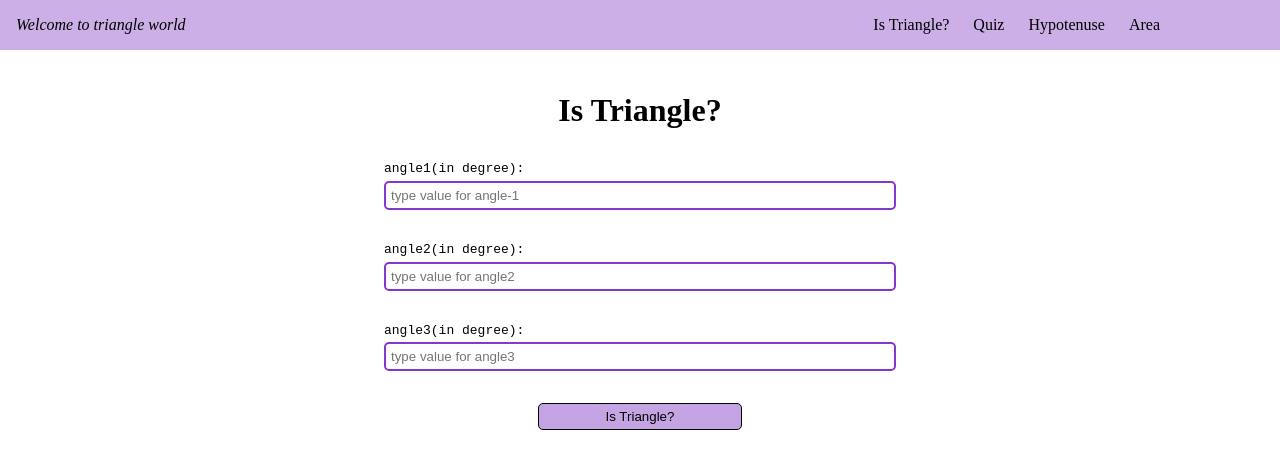
Repository: patelamancode/Fun-with-trianles
Page: index.html
The author's editor kept a copy of each file at every save. The page is drawn from the files as they stood at one save, then again after the next save.
The browser window is 1280 px wide. The pictures show the whole page.

Above is the page before, as saved 2022-11-28 18:22:22.

After the next save:
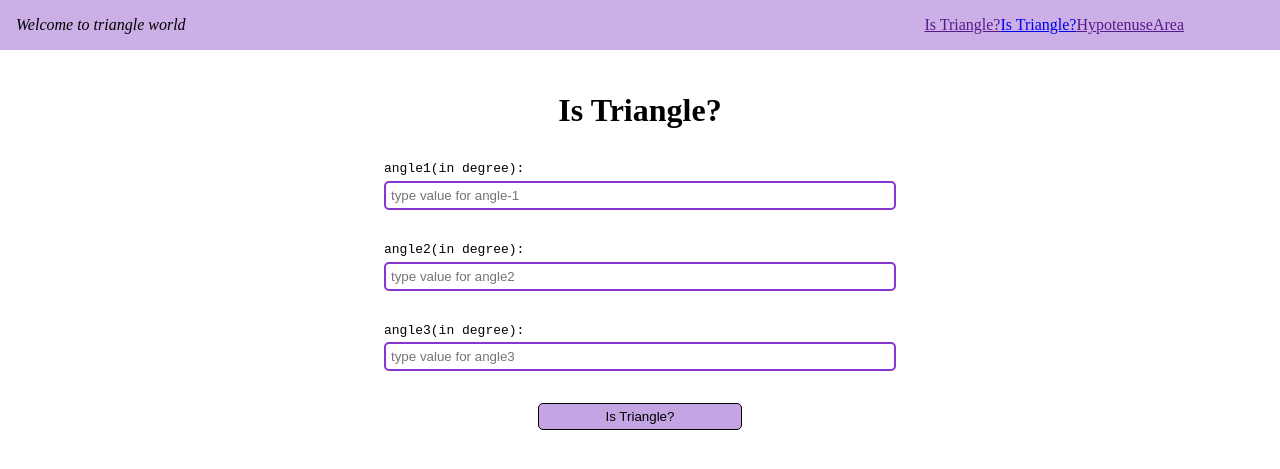
Saved 2 min 36 s later.
--- a/index.html
+++ b/index.html
@@ -13,10 +13,14 @@
     <nav id="navbar">
         <p id="nav-title">Welcome to triangle world</p>
         <div id="nav-links">
-            <p id="Is-triangle">Is Triangle?</p>
+            <a href="" id="Is-triangle">Is Triangle?</a>
+            <a href="quiz.html" id="Is-triangle">Is Triangle?</a>
+            <a href="" id="hypo">Hypotenuse</a>
+            <a href="" id="area">Area</a>
+            <!-- <p id="Is-triangle">Is Triangle?</p>
             <p id="quiz">Quiz</p>
             <p id="hypo">Hypotenuse</p>
-            <p id="area">Area</p>
+            <p id="area">Area</p> -->
         </div>
     </nav>
     <div id="main-container">
